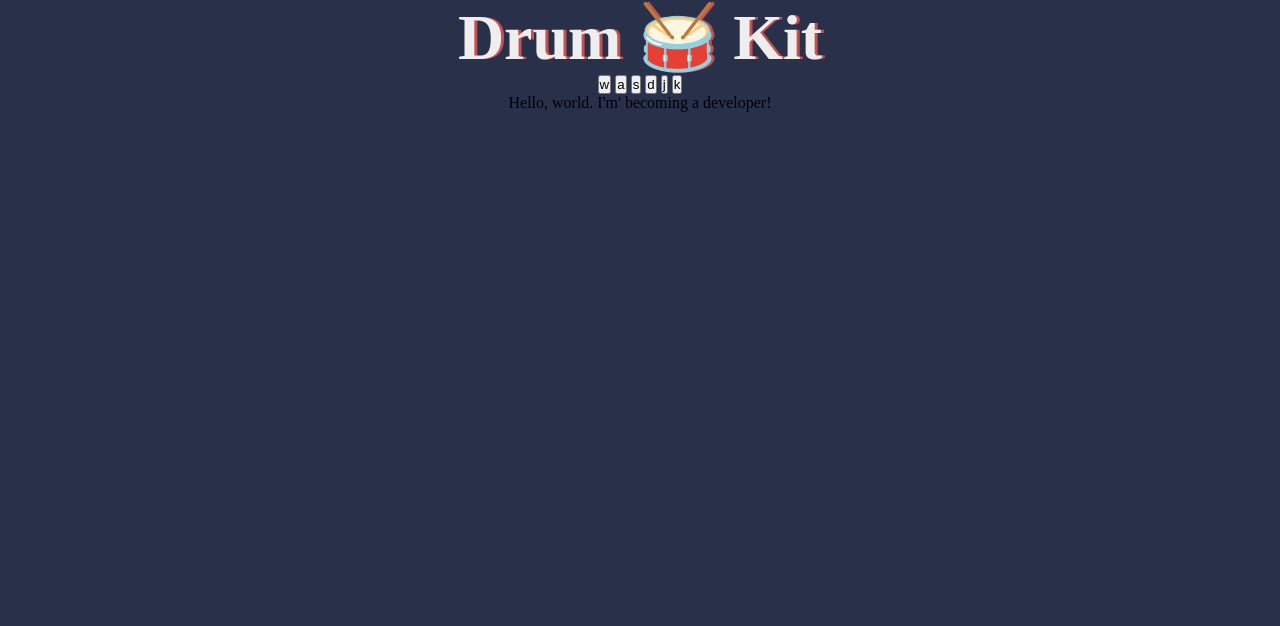
Repository: doncsar/yu-frontend-bootcamp
Page: 17-drumkit/index.html
The author's editor kept a copy of each file at every save. The page is drawn from the files as they stood at one save, then again after the next save.
The browser window is 1280 px wide. The pictures show the whole page.

Above is the page before, as saved 2024-01-24 07:02:23.

After the next save:
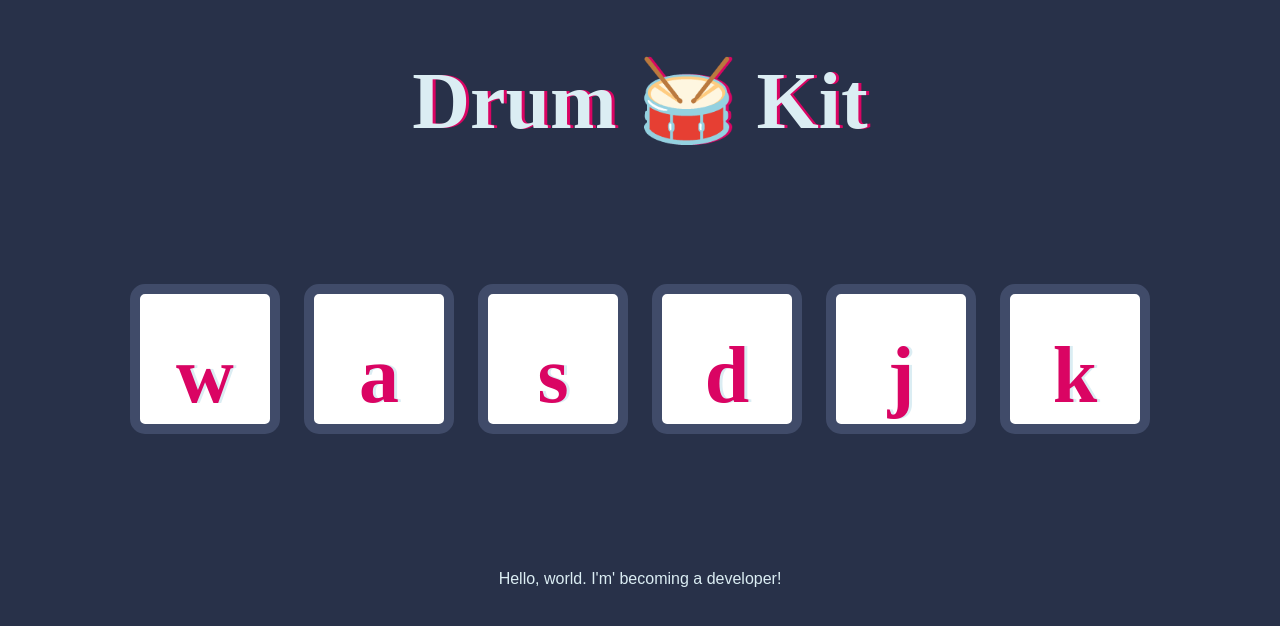
Saved 73 s later.
--- a/17-drumkit/style.css
+++ b/17-drumkit/style.css
@@ -1,16 +1,81 @@
-* {
-   box-sizing: border-box;
-   margin: 0;
-   padding: 0;
-}
-
 body {
-   text-align: center;
-   background-color: #283149;
+  text-align: center;
+  background-color: #283149;
 }
 
 h1 {
-   color: #EEE;
-   text-shadow: 3px 0px #c35151;
-   font-size: 4rem;
+  font-size: 5rem;
+  color: #DBEDF3;
+  font-family: "Arvo", cursive;
+  text-shadow: 3px 0 #DA0463;
+
 }
+
+footer {
+  color: #DBEDF3;
+  font-family: sans-serif;
+}
+
+.w {
+
+}
+
+.a {
+
+}
+
+.s {
+
+}
+
+.d {
+
+}
+
+.j {
+
+}
+
+.k {
+
+}
+
+.l {
+
+}
+
+.set {
+  margin: 10% auto;
+}
+
+.game-over {
+  background-color: red;
+  opacity: 0.8;
+}
+
+.pressed {
+  box-shadow: 0 3px 4px 0 #DBEDF3;
+  opacity: 0.5;
+}
+
+.red {
+  color: red;
+}
+
+.drum {
+  outline: none;
+  border: 10px solid #404B69;
+  font-size: 5rem;
+  font-family: 'Arvo', cursive;
+  line-height: 2;
+  font-weight: 900;
+  color: #DA0463;
+  text-shadow: 3px 0 #DBEDF3;
+  border-radius: 15px;
+  display: inline-block;
+  width: 150px;
+  height: 150px;
+  text-align: center;
+  margin: 10px;
+  background-color: white;
+}
